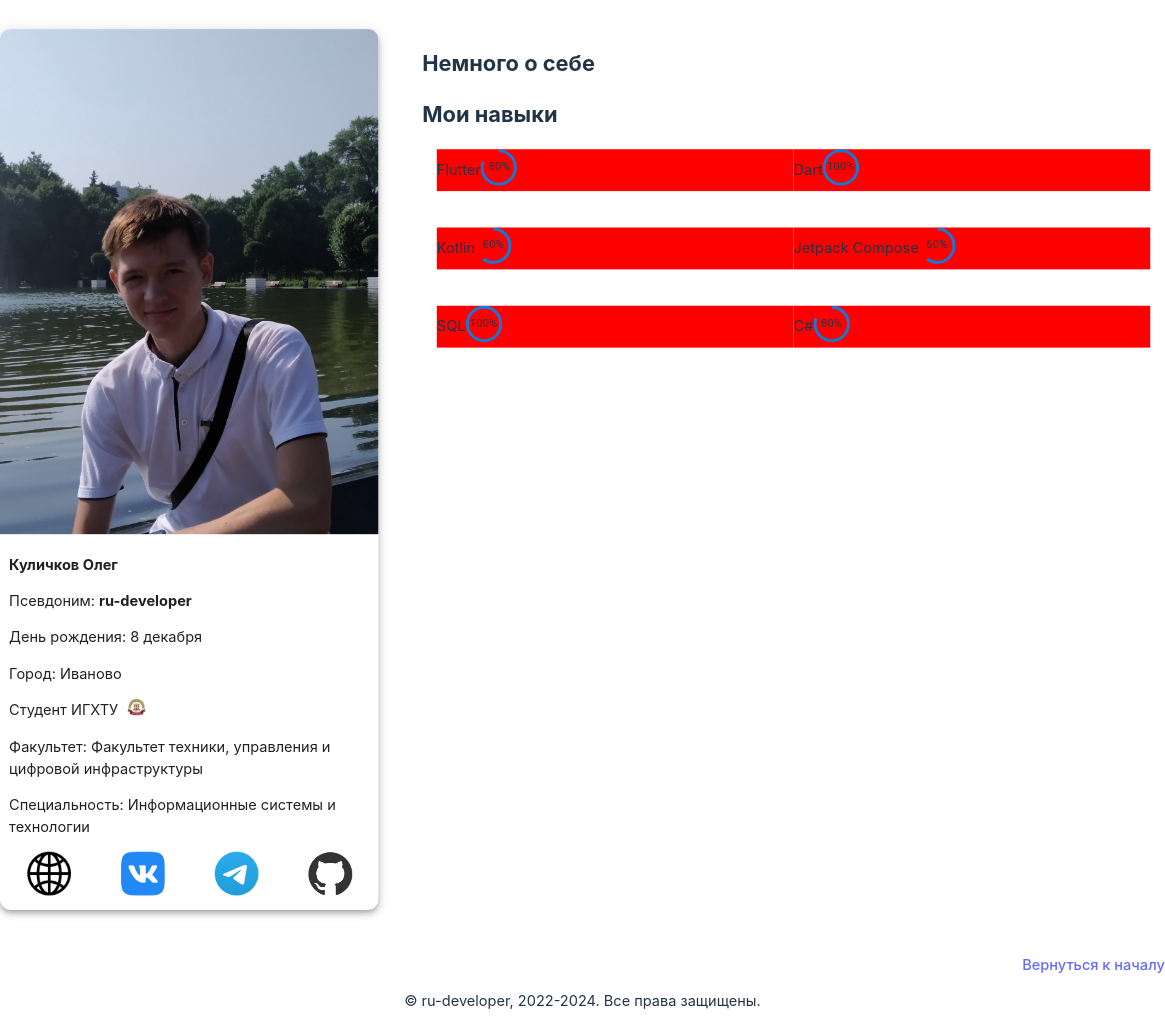
Repository: HubOl01/my_profile
Page: /
The author's editor kept a copy of each file at every save. The page is drawn from the files as they stood at one save, then again after a run of saves.
The browser window is 1280 px wide. The pictures show the whole page, at 91% of full size.
The project was rebuilt for these pictures with package versions that can differ from the ones it lists, and the page was loaded fresh each time. Also part of the build but not shown: vite.config.ts, src/components/header/Header.module.scss, src/data/websites.ts.

Above is the page before, as saved 2024-03-09 10:50:44.

### src/App.tsx
import { Grid } from '@mui/material'
import './App.css'
import Common from './components/center/Common'
import Footer from './components/footer/Footer'
import Header from './components/header/Header'
import LeftBar from './components/left/LeftBar'
import style from './App.module.scss'

function App() {

  return (
    <>
      <Header />
      <Grid container spacing={2}>
        <Grid className={style.profile} item xs={4}>
          <LeftBar />
        </Grid>
        <Grid item xs>
          <Common />
        </Grid>
      </Grid>
      <Footer />
    </>
  )
}

export default App

### src/App.css
#root {
  max-width: 1280px;
  margin: 0 auto;
  /* padding: 2rem; */
  /* text-align: center; */
}
.logo:hover {
  filter: drop-shadow(0 0 2em #646cffaa);
}
.logo.react:hover {
  filter: drop-shadow(0 0 2em #61dafbaa);
}

@keyframes logo-spin {
  from {
    transform: rotate(0deg);
  }
  to {
    transform: rotate(360deg);
  }
}

@media (prefers-reduced-motion: no-preference) {
  a:nth-of-type(2) .logo {
    animation: logo-spin infinite 20s linear;
  }
}

/* .card {
  padding: 2em;
} */

.read-the-docs {
  color: #888;
}


/* .profile{
  min-width: 100%;
} */

### src/components/center/Common.tsx
import React from 'react'
import styles from './styles.module.scss'
import { Box, Grid } from '@mui/material'
import { CircularProgressWithLabel } from '../atoms/circularProgressWithLabel'
import { my_skills } from '../../data/my_skills'

export default function Common() {
  return (
    <div className={styles.center_common}>
      <h2>Немного о себе</h2>
      <p>

      </p>
      <h2>
        Мои навыки
      </h2>
      <Grid container margin={2} rowGap={5}>
        {
          my_skills.map((skill) =>
            <Grid xs={6}>
              <Box sx={{
                // width: "100%",
                background: "red",
              }}
              ><div style={{
                display: "inline-block",
                "textAlign": "right",
                transform: "translateY(-50%)",
              }}>
                {skill.name}

              </div>
                <CircularProgressWithLabel value={skill.progress * 100} />


              </Box>
            </Grid>
          )
        }
        {/*
        <Grid xs={6} ><CircularProgressWithLabel value={my_skills[0].progress}/></Grid> */}
        {/* <Grid xs={6} ><CircularProgressWithLabel value={}/><</Grid>
        <Grid xs={6} ><CircularProgressWithLabel value={}/><</Grid>
        <Grid xs={6} ><CircularProgressWithLabel value={}/><</Grid>
        <Grid xs={6} ><CircularProgressWithLabel value={}/><</Grid>
        <Grid xs={6} ><CircularProgressWithLabel value={}/><</Grid> */}
      </Grid>
      {/* <h2>Хобби</h2>
      <p>
        Я люблю изучать что-то новое. Я программирую на языке программирования
        C# и продолжаю осваивать язык в некоторых направлениях. (Например:
        создание мобильных приложений Xamarin и создание игр Unity)
      </p>
      <h2>Спорт</h2>
      <p>
        Я более 10 лет занимаюсь конькобежным спортом. В 16 лет выполнил
        спортивный разряд кандидат в мастера спорта. Кроме этого, с начала 1
        курса я начал заниматься легкой атлетикой. Принимаю участие в
        соревнованиях в составе сборной ИГХТУ.
      </p> */}
    </div>
  )
}

### src/components/footer/Footer.tsx
import React from 'react'

export default function Footer() {
  return (
    // <footer className="text-muted" style={{
    //   "width":"100%"
    // }}>
      <div className="container">
        <p className="float-right" style={{
      "textAlign": "right"
    }}>
          <a href="#">Вернуться к началу</a>
        </p>
        <p className="footer-text"
        style={{
          "textAlign": "center"
        }}
        >© ru-developer, 2022-{(new Date()).getFullYear()}. Все права защищены.</p>
      </div>
    // </footer>
  )
}

### src/components/header/Header.tsx
import './Header.module.scss'

export default function Header() {
  return (
      <div>
        {/* <h1>About myself</h1> */}
      </div>
  )
}

### src/components/left/LeftBar.tsx
import { Card, Grid } from '@mui/material';
import about from '../../assets/images/About.jpg';
import isuct from '../../assets/images/isuct.png';
import { websites } from '../../data/websites';
import { nickname } from '../../data/my_projects';
import style from './style.module.scss';

const list_web = websites.map((web) =>
  <Grid item xs>
    <div className="web">
      <a
        href={web.href}
        title={web.title}
      >
        <img
          className={style.img_icon}
          alt={web.alt}
          src={web.src}
          width={40}
        />
      </a>
    </div>
  </Grid>
)


const LeftBar = () => {
  return (
    <>
      <Card elevation={5}
      className={style.leftCard}
        sx={{
          borderRadius: 3,
        }} >
        <a title="Куличков Олег" href="https://vk.com/oleg01f">
          <img
            alt="about"
            src={about}
            style={{
              // borderRadius: '15px',
              display: 'flex',
              width: "100%",
            }}
            data-holder-rendered="true"
          />
        </a>
        <div style={{ padding: "5px 10px 10px 10px" }}> {/* top, right, bottom, left */}
          <div>
            <p>
              <b>Куличков Олег</b>
            </p>
            <p>
              Псевдоним: <b>{nickname}</b>
            </p>
            <p>
              <span >День рождения:</span> 8 декабря
            </p>
            <p>
              <span className="text-format">Город:</span> Иваново
            </p>
            <p>
              Студент ИГХТУ
              <img
                className="isuct"
                alt="ISUCT"
                src={isuct}
                width={20}
                style={{ "marginLeft": "10px" }}
              // data-holder-rendered="true"
              />
            </p>
            <p>
              <span className="text-format">Факультет:</span> Факультет техники,
              управления и цифровой инфраструктуры
            </p>
            <p>
              <span className="text-format">Специальность:</span> Информационные
              системы и технологии
            </p>
            {/* <p style={{
              "textAlign": "center",
              "justifyContent": "center",
              display: 'flex',
              width: "100%",

          }}>
            <span className="text-format">Социальные сети</span>
          </p> */}

            <Grid container spacing={2}

              sx={{
                'textAlign': "center",
                // display: 'flex',
                // width: "100%",
              }
              }>
              {list_web}
            </Grid>

          </div>
        </div>


      </Card>
    </>
  )
}

export default LeftBar

### src/App.module.scss
@media (max-width: 425px) {
    .profile{
      min-width: 100%;
    }
  }
  @media screen and (min-width: 426px) {
    .profile{
      min-width: 300px;
    }
  }

### src/components/center/styles.module.scss
.center_common{
    padding: 2rem;
}

### src/components/atoms/circularProgressWithLabel.tsx
import * as React from 'react';
import CircularProgress, {
  CircularProgressProps,
} from '@mui/material/CircularProgress';
import Typography from '@mui/material/Typography';
import Box from '@mui/material/Box';

export function CircularProgressWithLabel(
  props: CircularProgressProps & { value: number },
) {
  return (
    <Box sx={{ position: 'relative', display: 'inline-flex' }}>
      <CircularProgress variant="determinate" {...props} />
      <Box
        sx={{
          top: 0,
          left: 0,
          bottom: 0,
          right: 0,
          position: 'absolute',
          display: 'flex',
          alignItems: 'center',
          justifyContent: 'center',
        }}
      >
        <Typography
          variant="caption"
          component="div"
          // color="text.secondary"
        >{`${Math.round(props.value)}%`}</Typography>
      </Box>
    </Box>
  );
}

// export default function CircularWithValueLabel() {
//   const [progress, setProgress] = React.useState(10);

//   React.useEffect(() => {
//     const timer = setInterval(() => {
//       setProgress((prevProgress) => (prevProgress >= 100 ? 0 : prevProgress + 10));
//     }, 800);
//     return () => {
//       clearInterval(timer);
//     };
//   }, []);

//   return <CircularProgressWithLabel value={progress} />;
// }

### src/data/my_skills.ts
import { FullStack } from "./my_projects";

interface ISkill{
    name: string;
    progress: number;
}

export const my_skills: ISkill[] = [
    {
        name: FullStack.Flutter,
        progress: .80
    },
    {
        name: FullStack.Dart,
        progress: 1
    },
    {
        name: FullStack.Kotlin,
        progress: .6
    },
    {
        name: FullStack.Jetpack_Compose,
        progress: .6
    },
    {
        name: FullStack.SQL,
        progress: 1
    },
    {
        name: FullStack.C_sharp,
        progress: .8
    }
]

### src/data/my_projects.ts
export interface IProjects {
  title: string;
  description: string[];
  url_icon: string;
  url_images: string[];
  url_stores: string[];
  url_sources: string[];
  creator: string;
  fullStack: string[];
  platforms: string[];
  color: string;
}
export const nickname = "ru-developer";
export enum Platforms {
  Android = "Android",
  IOS = "IOS",
  Windows = "Windows",
  Linux = "Linux",
  Web = "Web",
}
// enum Colors {
//   Red = "",
//   White = "",
//   Black = "",
//   Green = "",
// }
export enum FullStack {
  Flutter = "Flutter",
  Dart = "Dart",
  Kotlin = "Kotlin",
  Jetpack_Compose = "Jetpack Compose",
  Winforms = "Winforms",
  C_sharp = "C#",
  React = "React",
  Typescript = "Typescript",
  Retrofit = "Retrofit",
  PHP = "PHP",
  SQLite = "SQLite",
  SQL = "SQL",
  MySQL = "MySQL",
  PostgreSQL = "PostgreSQL",
  Git = "Git",
  HTML = "HTML",
  CSS = "CSS",
  SCSS = "SCSS",
  Vite = "Vite",
}

export const projects: IProjects[] = [
  {
    title: "My Songbook",
    description: [
      "My Songbook – это творческая мастерская в вашем кармане. Независимо от того, являетесь ли вы гитаристом, певцом, композитором или просто энтузиастом музыки, это приложение поможет вам воплотить ваши музыкальные идеи в жизнь.",
      "\n",
      "Основные возможности:",
      "\n",
      "- Записывайте и редактируйте песни: Создавайте музыку в любое время, в любом месте. Записывайте мелодии, добавляйте тексты и настраивайте аранжировки – все это в вашем распоряжении.",
      "- Справочник аккордов для гитары: Независимо от вашего уровня мастерства, наше приложение предлагает обширный справочник аккордов для гитары. Найдите нужный аккорд и создайте свой собственный уникальный звук.",
      "- Автоскролл и легкая навигация: Никогда больше не теряйтесь в тексте. Функция автоскролла позволяет вам сконцентрироваться на музыке, а не на прокрутке текста.",
      "- Делитесь своей музыкой: Поделитесь своими произведениями с миром через социальные сети непосредственно из приложения. Позвольте всем услышать вашу творческую энергию.",
      "- Аудиофайлы с песнями: Сохраняйте свои композиции в виде аудиофайлов. Прослушивайте их в любое время или отправляйте друзьям и коллегам.",
      "\n",
      "Почему выбрать My Songbook?",
      "\n",
      "- Простота и удобство: Даже если вы начинающий музыкант, вы сможете создавать профессиональные композиции с легкостью.",
      "- Безопасное хранение ваших произведений: Ваши записи остаются конфиденциальными. Спокойно работайте над своими идеями, зная, что они в безопасности.",
      "\n",
      "Неважно, вы начинающий музыкант или профессионал, My Songbook поможет вам создать и поделиться музыкой, которая касается сердец. Начните свое музыкальное путешествие сегодня!",
    ],
    url_icon: "",
    url_images: [],
    url_stores: [
      "https://apps.rustore.ru/app/ru.ru_developer.my_songbook",
      "https://appgallery.huawei.com/app/C109087129",
      "https://global.app.mi.com/details?lo=RU&la=en_US&id=ru.ru_developer.my_songbook.mi",
    ],
    url_sources: ["https://github.com/HubOl01/my_songbook"],
    creator: nickname,
    fullStack: [FullStack.Flutter, FullStack.Dart],
    platforms: [Platforms.Android],
    color: "",
  },
  {
    title: "Мой универ - ИГХТУ",
    description: [
      '"Мой универ - ИГХТУ" - это мобильное приложение, специально разработанное для студентов Ивановского государственного химико-технологического университета. Вы теперь сможете посмотреть расписание пар даже без интернета! Также можно получать уведомления об информации пар каждый день. В приложении также доступны заметки и вы можете записывать лекции, делать пометки, прикреплять ссылки и также делиться ими.',
      "\n",
      "Основные функции приложения:",
      "\n",
      "- Календарь с расписанием пар на текущий день",
      "- Расписание лекций, практик и семинаров",
      "- Новости ВУЗа",
      "- Вход в moodle ИГХТУ",
      "- Расписание преподавателей, сессий",
      "- Поисковик",
      "- Заметки, конспекты",
      "- Уведомления об информации пар на каждый день",
      "\n",
      "Также приложение адаптировано под планшеты      ",
    ],
    url_icon: "",
    url_images: [],
    url_stores: [
      "https://apps.rustore.ru/app/ru.ru_developer.my_university_isuct",
    ],
    url_sources: ["https://github.com/HubOl01/my_university_isuct"],
    creator: nickname,
    fullStack: [FullStack.Flutter, FullStack.Dart, FullStack.PHP],
    platforms: [Platforms.Android],
    color: "",
  },
  {
    title: "MyAppHome",
    description: ["Приложение для многоквартирных домов"],
    url_icon: "",
    url_images: [],
    url_stores: [],
    url_sources: [],
    creator: "Создано вместе с командой OVERLAGO",
    fullStack: [FullStack.Flutter, FullStack.Dart],
    platforms: [Platforms.Android],
    color: "",
  },
  {
    title: "City Adventures",
    description: [],
    url_icon: "",
    url_images: [],
    url_stores: [],
    url_sources: [],
    creator: "Создано с командой на хакатоне",
    fullStack: [FullStack.Flutter, FullStack.Dart],
    platforms: [Platforms.Android],
    color: "",
  },
  {
    title: "Bellisemo",
    description: ["Student project for study architectural technologies"],
    url_icon: "",
    url_images: [],
    url_stores: [],
    url_sources: [],
    creator: "Student project",
    fullStack: [FullStack.React, FullStack.Typescript],
    platforms: [Platforms.Web],
    color: "",
  },
  {
    title: "Weather",
    description: ["Student project for study kotlin jetpack compose"],
    url_icon: "",
    url_images: [],
    url_stores: [],
    url_sources: [],
    creator: nickname,
    fullStack: [
      FullStack.Jetpack_Compose,
      FullStack.Kotlin,
      FullStack.Retrofit,
    ],
    platforms: [Platforms.Android],
    color: "",
  },
  {
    title: "My portfolio",
    description: ["Вебсайт для показа своих проектов, которые мы видим здесь"],
    url_icon: "",
    url_images: [],
    url_stores: [],
    url_sources: [],
    creator: nickname,
    fullStack: [FullStack.React, FullStack.Typescript],
    platforms: [Platforms.Web],
    color: "",
  },
];

### src/components/left/style.module.scss
@media (max-width: 699px) {
    .img_icon {
        width: 2em;
        // height: 50%;
    }
}
@media screen and (min-width: 700px) {
    .img_icon {
        width: 3em;
        // height: 50%;
    }
}
// @media screen and (max-width: 768px) {
//     .img_icon {
//         width: 50px;
//         height: 50px;
//     }
// }
div {
    display: "flex";
}
.leftCard {
    margin: 2em 0;
}
/* // .custom-card{

// } */

Loaded but not shown: index.html (common file); src/main.tsx (common file); src/index.css (common file)

After the next 4 saves:
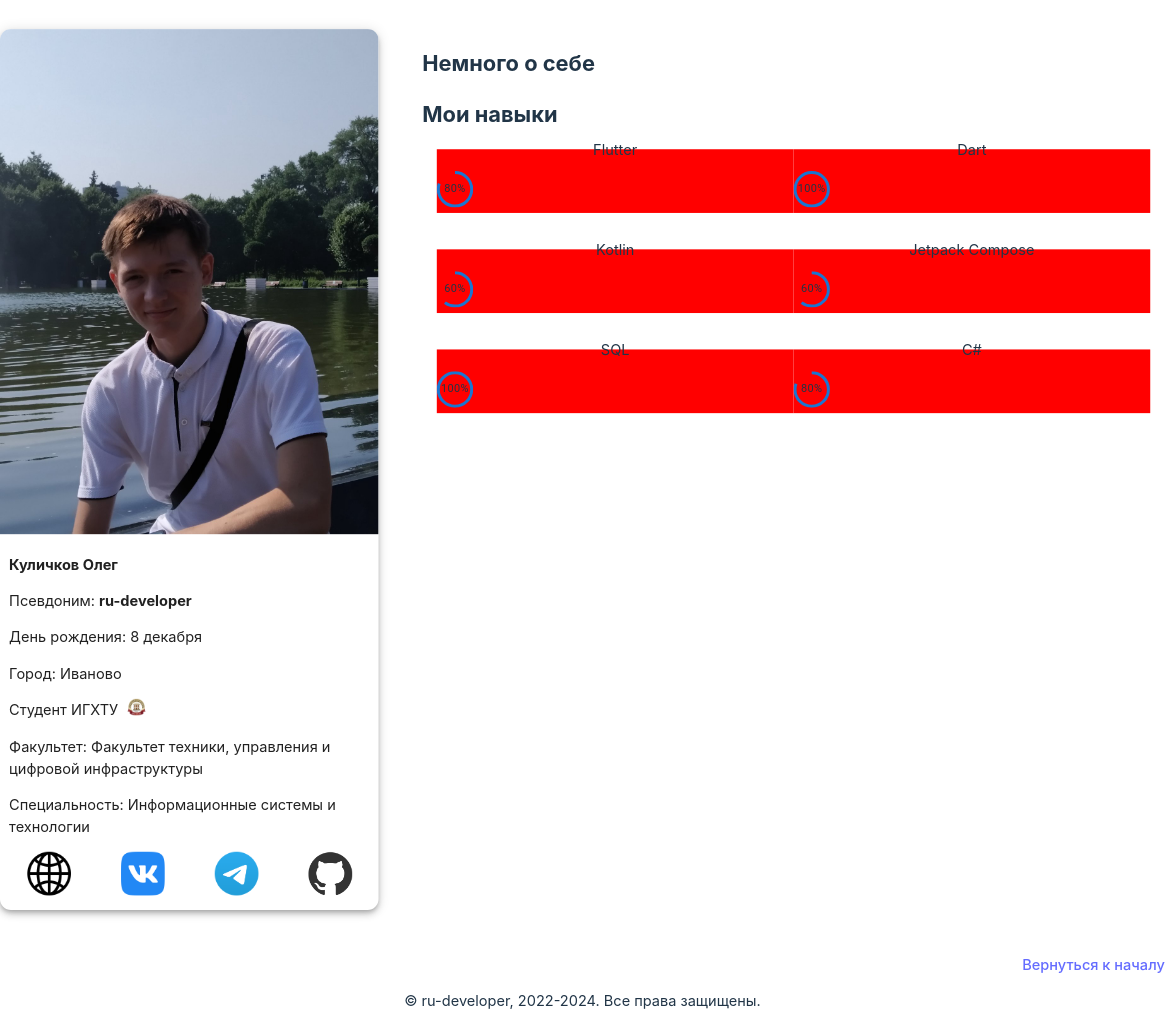
The 4 saves are shown as one change because they came seconds apart.
The last was saved 15 s later.
--- a/src/components/center/Common.tsx
+++ b/src/components/center/Common.tsx
@@ -23,8 +23,8 @@
                 background: "red",
               }}
               ><div style={{
-                display: "inline-block",
-                "textAlign": "right",
+                // display: "inline-block",
+                "textAlign": "center",
                 transform: "translateY(-50%)",
               }}>
                 {skill.name}

After the 4 saves that followed:
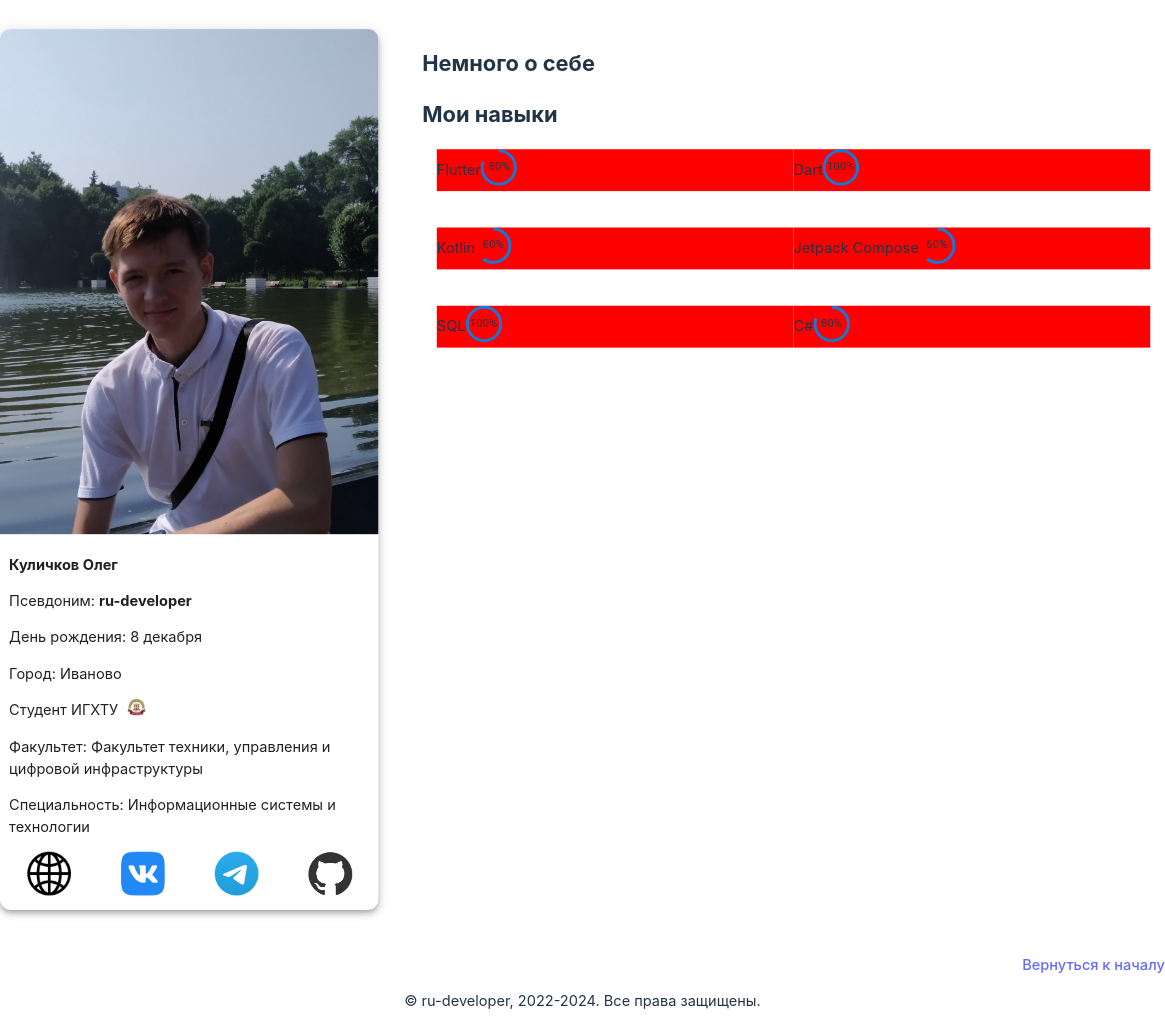
The 4 saves are shown as one change because they came seconds apart.
The last was saved 17 s later.
--- a/src/components/center/Common.tsx
+++ b/src/components/center/Common.tsx
@@ -23,7 +23,7 @@
                 background: "red",
               }}
               ><div style={{
-                // display: "inline-block",
+                display: "inline-flex",
                 "textAlign": "center",
                 transform: "translateY(-50%)",
               }}>
